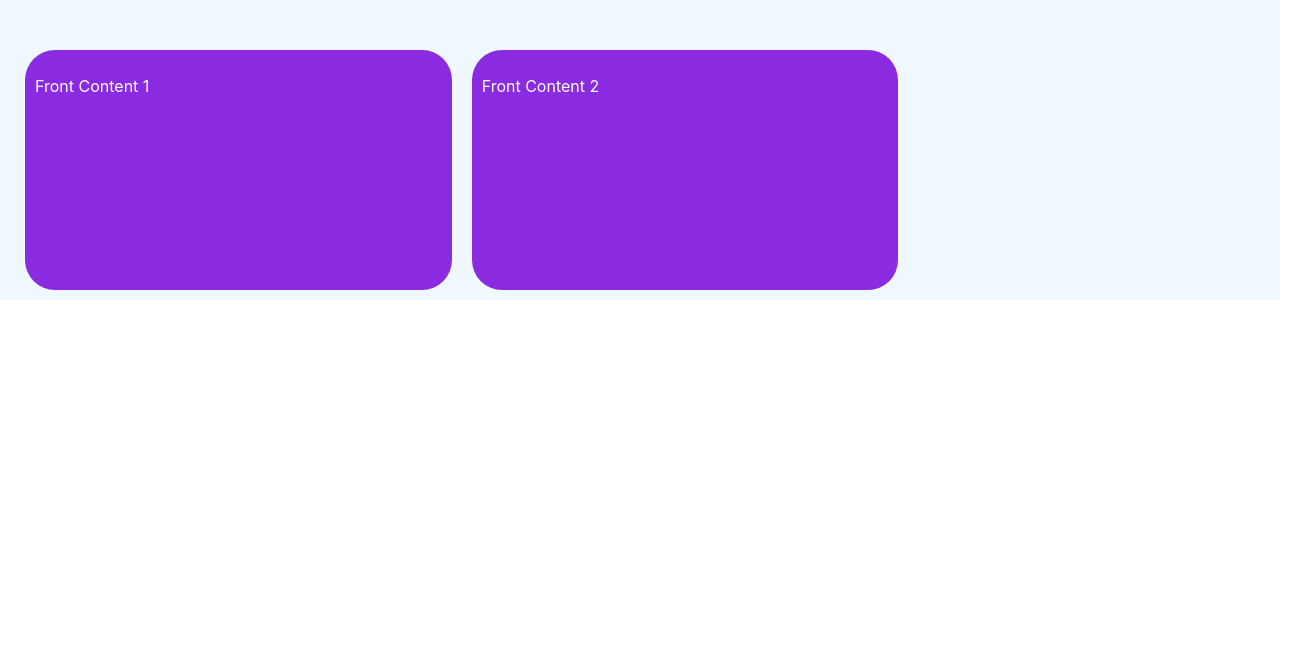
Repository: thai-shriya/anxiety-tracker
Page: /
An editor plug-in stored every save of this project. The page is shown before and after the next save, followed by the edit.
The browser window is 1280 px wide. The page is 1280 px wide, then 1295 px, so the pictures cover 1295 px, including what lies to the right of the window. The pictures show the whole page.
The project was rebuilt for these pictures with package versions that can differ from the ones it lists, and the page was loaded fresh each time.

Above is the page before, as saved 2024-04-23 02:11:59.

After the next save:
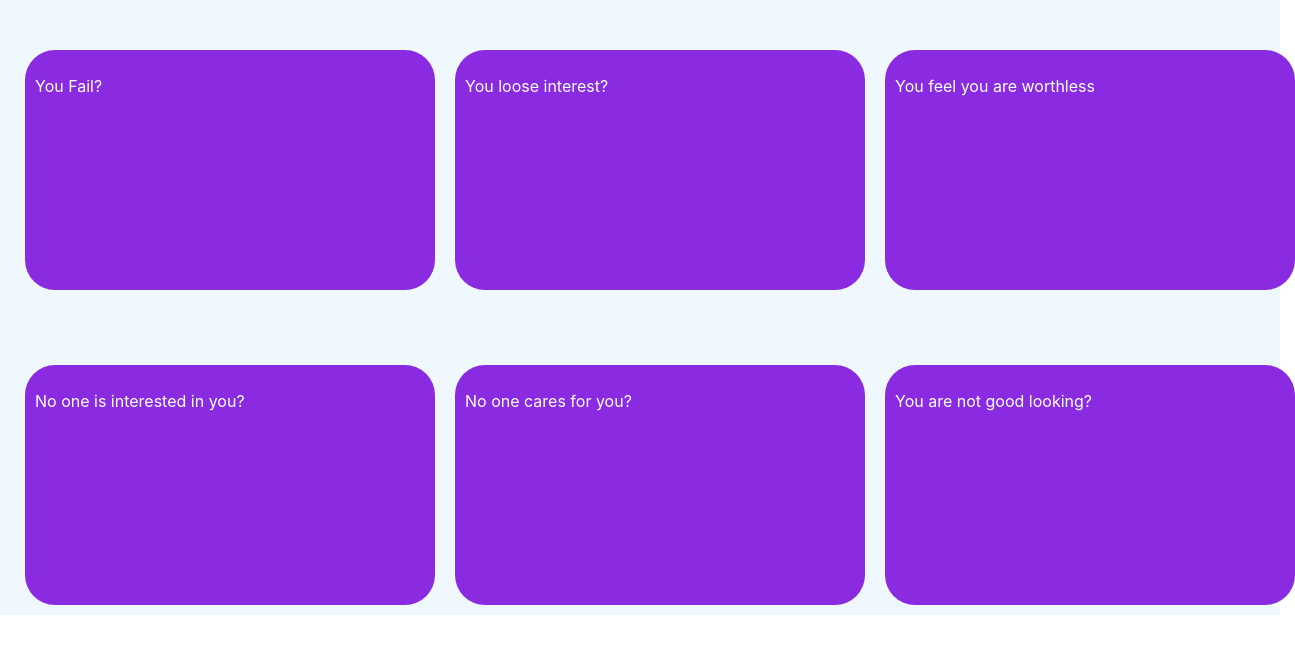
Saved 7 min 35 s later.
--- a/src/App.js
+++ b/src/App.js
@@ -23,8 +23,12 @@ function Card({ frontContent, backContent }) {
 function App() {
 
   const cardData = [
-    { frontContent: 'Front Content 1', backContent: 'Back Content 1' },
-    { frontContent: 'Front Content 2', backContent: 'Back Content 2' }];
+    { frontContent: 'You Fail?', backContent: 'Get feedback and Learn from your failures' },
+    { frontContent: 'You loose interest?', backContent: 'Remember why you started' },
+    { frontContent: 'You feel you are worthless', backContent: 'Study until you feel you are worth for yourself' },
+    { frontContent: 'No one is interested in you?', backContent: 'World has not seen what you can do yet. Prepare, gain skills and network with people.' },
+    { frontContent: 'No one cares for you?', backContent: 'Why do you need someone when you are able to live by yourself. Be greatful for what you have in life' },
+  { frontContent: 'You are not good looking?', backContent: 'Your body is not good yet. Go to gym, eat healthy. When your body is happy, you glow!' }];
 
   return (
     <div className='grid-container'>
